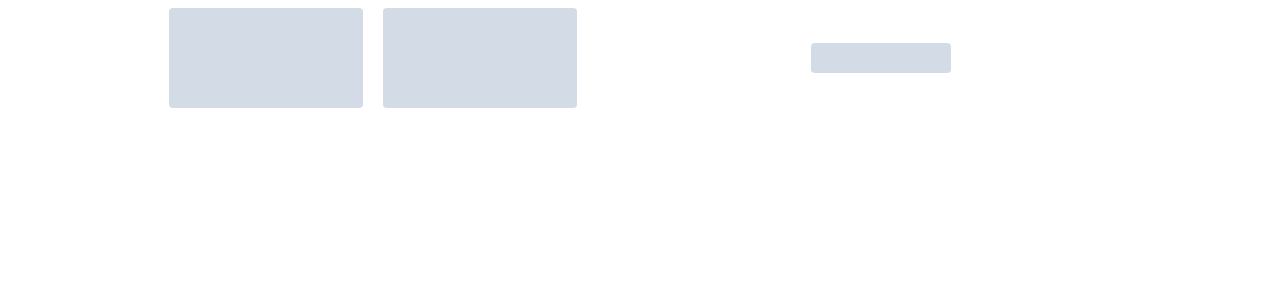
Repository: lagezhou888/element-vue2
Page: /#/button
These files come from the project's save history. The page is drawn as it stood at one moment and after the next save; the edit follows.
The browser window is 1280 px wide. The page is 1282 px wide, so the pictures cover 1282 px, including what lies to the right of the window. The pictures show the whole page.
The project was rebuilt for these pictures with package versions that can differ from the ones it lists, and the page was loaded fresh each time. Also part of the build but not shown: src/components/HelloWorld.vue, src/views/Home.vue.

Above is the page before, as saved 2021-05-13 11:39:09.

### src/main.js
import Vue from 'vue'
import ElementUI from 'element-ui'
import 'element-ui/lib/theme-chalk/index.css'
import App from './App.vue'

// fade/zoom 等
import 'element-ui/lib/theme-chalk/base.css'
// collapse 展开折叠
import CollapseTransition from 'element-ui/lib/transitions/collapse-transition'

import router from './router'
import store from './store'
import '@/plugins/element.js'

Vue.component(CollapseTransition.name, CollapseTransition)
Vue.use(ElementUI, { size: 'small', zIndex: 3000 })
Vue.use(ElementUI)
Vue.config.productionTip = false

new Vue({
  router,
  store,
  render: h => h(App)
}).$mount('#app')

### src/App.vue
<template>
  <div id="app">
    <!-- <div id="nav">
      <router-link to="/">Home</router-link> |
      <router-link to="/about">About</router-link>
    </div> -->
    <router-view/>
  </div>
</template>

<style lang="less">
#app {
  font-family: Avenir, Helvetica, Arial, sans-serif;
  -webkit-font-smoothing: antialiased;
  -moz-osx-font-smoothing: grayscale;
  text-align: center;
  color: #2c3e50;
}

#nav {
  padding: 30px;

  a {
    font-weight: bold;
    color: #2c3e50;

    &.router-link-exact-active {
      color: #42b983;
    }
  }
}
</style>

### src/router/index.js
import Vue from 'vue'
import VueRouter from 'vue-router'
import Home from '../views/Home.vue'

Vue.use(VueRouter)

const routes = [
  {
    path: '/',
    name: 'Home',
    component: Home
  },
  {
    path: '/about',
    name: 'About',
    // route level code-splitting
    // this generates a separate chunk (about.[hash].js) for this route
    // which is lazy-loaded when the route is visited.
    component: () => import(/* webpackChunkName: "about" */ '../views/About.vue')
  },
  {
    path: '/button',
    name: 'button',
    component: () => import('../views/components/use-button.vue')
  }
]

const router = new VueRouter({
  routes
})

export default router

### src/plugins/element.js
import Vue from 'vue'
import {
  Pagination,
  Dialog,
  Autocomplete,
  Dropdown,
  DropdownMenu,
  DropdownItem,
  Menu,
  Submenu,
  MenuItem,
  MenuItemGroup,
  Input,
  InputNumber,
  Radio,
  RadioGroup,
  RadioButton,
  Checkbox,
  CheckboxButton,
  CheckboxGroup,
  Switch,
  Select,
  Option,
  OptionGroup,
  Button,
  ButtonGroup,
  Table,
  TableColumn,
  DatePicker,
  TimeSelect,
  TimePicker,
  Popover,
  Tooltip,
  Breadcrumb,
  BreadcrumbItem,
  Form,
  FormItem,
  Tabs,
  TabPane,
  Tag,
  Tree,
  Alert,
  Slider,
  Icon,
  Row,
  Col,
  Upload,
  Progress,
  Spinner,
  Badge,
  Card,
  Rate,
  Steps,
  Step,
  Carousel,
  CarouselItem,
  Collapse,
  CollapseItem,
  Cascader,
  ColorPicker,
  Transfer,
  Container,
  Header,
  Aside,
  Main,
  Footer,
  Timeline,
  TimelineItem,
  Link,
  Divider,
  Image,
  Calendar,
  Backtop,
  PageHeader,
  CascaderPanel,
  Loading,
  MessageBox,
  Message,
  Notification
} from 'element-ui'

Vue.use(Pagination)
Vue.use(Dialog)
Vue.use(Autocomplete)
Vue.use(Dropdown)
Vue.use(DropdownMenu)
Vue.use(DropdownItem)
Vue.use(Menu)
Vue.use(Submenu)
Vue.use(MenuItem)
Vue.use(MenuItemGroup)
Vue.use(Input)
Vue.use(InputNumber)
Vue.use(Radio)
Vue.use(RadioGroup)
Vue.use(RadioButton)
Vue.use(Checkbox)
Vue.use(CheckboxButton)
Vue.use(CheckboxGroup)
Vue.use(Switch)
Vue.use(Select)
Vue.use(Option)
Vue.use(OptionGroup)
Vue.use(Button)
Vue.use(ButtonGroup)
Vue.use(Table)
Vue.use(TableColumn)
Vue.use(DatePicker)
Vue.use(TimeSelect)
Vue.use(TimePicker)
Vue.use(Popover)
Vue.use(Tooltip)
Vue.use(Breadcrumb)
Vue.use(BreadcrumbItem)
Vue.use(Form)
Vue.use(FormItem)
Vue.use(Tabs)
Vue.use(TabPane)
Vue.use(Tag)
Vue.use(Tree)
Vue.use(Alert)
Vue.use(Slider)
Vue.use(Icon)
Vue.use(Row)
Vue.use(Col)
Vue.use(Upload)
Vue.use(Progress)
Vue.use(Spinner)
Vue.use(Badge)
Vue.use(Card)
Vue.use(Rate)
Vue.use(Steps)
Vue.use(Step)
Vue.use(Carousel)
Vue.use(CarouselItem)
Vue.use(Collapse)
Vue.use(CollapseItem)
Vue.use(Cascader)
Vue.use(ColorPicker)
Vue.use(Transfer)
Vue.use(Container)
Vue.use(Header)
Vue.use(Aside)
Vue.use(Main)
Vue.use(Footer)
Vue.use(Timeline)
Vue.use(TimelineItem)
Vue.use(Link)
Vue.use(Divider)
Vue.use(Image)
Vue.use(Calendar)
Vue.use(Backtop)
Vue.use(PageHeader)
Vue.use(CascaderPanel)

Vue.use(Loading.directive)

Vue.prototype.$loading = Loading.service
Vue.prototype.$msgbox = MessageBox
Vue.prototype.$alert = MessageBox.alert
Vue.prototype.$confirm = MessageBox.confirm
Vue.prototype.$prompt = MessageBox.prompt
Vue.prototype.$notify = Notification
Vue.prototype.$message = Message

### src/views/components/use-button.vue
<template>
  <div>
    <el-row :gutter="20" tag="span" type="flex" align="middle" justify="start">
      <el-col :span="4" :offset="3"><div class="grid-content bg-purple"></div></el-col>
      <el-col :span="4" :push="2"><div class="kong">&nbsp;</div></el-col>
      <el-col :span="4" :pull="4"><div class="grid-content bg-purple"></div></el-col>
      <el-col :span="4" :xs="8" :sm="6" :md="4" :lg="3" :xl="1"><div class="grid-content-last bg-purple"></div></el-col>
    </el-row>
  </div>
</template>

<script>
export default ({

})
</script>

<style lang="less" scoped>
  @minH: 100px;
  .bg-purple {
    background: #d3dce6;
  }
  .grid-content {
    border-radius: 4px;
    min-height: @minH;
  }
  .grid-content-last {
    border-radius: 4px;
    min-height: 30px;
  }
  .kong {
    min-height: 1px;
  }
</style>

Loaded but not shown: public/index.html (common file); src/store/index.js (common file)

After the next save:
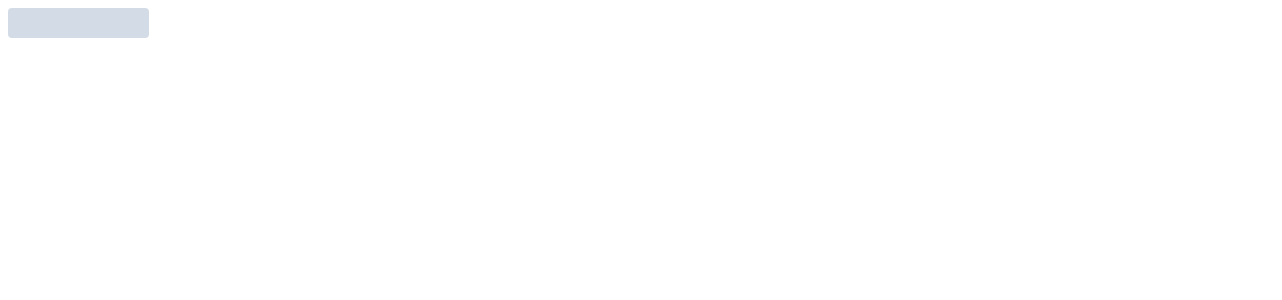
Saved 64 s later.
--- a/src/views/components/use-button.vue
+++ b/src/views/components/use-button.vue
@@ -1,9 +1,9 @@
 <template>
   <div>
     <el-row :gutter="20" tag="span" type="flex" align="middle" justify="start">
-      <el-col :span="4" :offset="3"><div class="grid-content bg-purple"></div></el-col>
+      <!-- <el-col :span="4" :offset="3"><div class="grid-content bg-purple"></div></el-col>
       <el-col :span="4" :push="2"><div class="kong">&nbsp;</div></el-col>
-      <el-col :span="4" :pull="4"><div class="grid-content bg-purple"></div></el-col>
+      <el-col :span="4" :pull="4"><div class="grid-content bg-purple"></div></el-col> -->
       <el-col :span="4" :xs="8" :sm="6" :md="4" :lg="3" :xl="1"><div class="grid-content-last bg-purple"></div></el-col>
     </el-row>
   </div>
